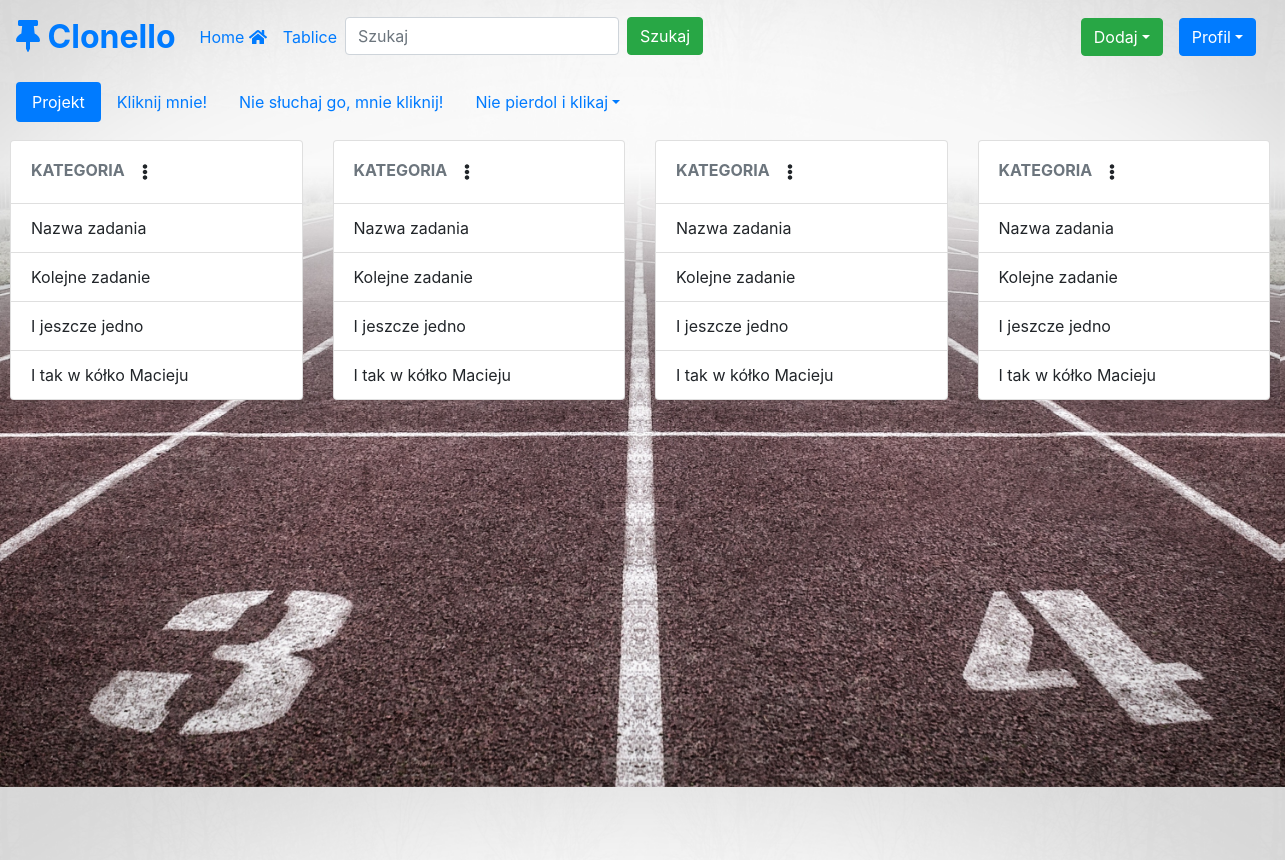
Repository: jnehlt/PAW-lab
Page: / (app in Frontend/clonello/)
These files come from the project's save history. The page is drawn as it stood at one moment and after the next save; the edit follows.
The browser window is 1280 px wide. The page is 1285 px wide, so the pictures cover 1285 px, including what lies to the right of the window. The pictures show the whole page.
The project was rebuilt for these pictures with package versions that can differ from the ones it lists, and the page was loaded fresh each time.

Above is the page before, as saved 2020-04-24 23:23:36.

### Frontend/clonello/src/main.js
import "@babel/polyfill";
import "mutationobserver-shim";
import Vue from "vue";
import "./plugins/bootstrap-vue";
import App from "./App.vue";
import router from "./router";
import "@fortawesome/fontawesome-free/css/all.css";
import "@fortawesome/fontawesome-free/js/all.js";

Vue.config.productionTip = false;

new Vue({
  router,
  render: h => h(App)
}).$mount("#app");

### Frontend/clonello/src/App.vue
<template>
  <div id="app">
    <topheader></topheader>
    <projectheader></projectheader>

    <div class="row">
        <maincard></maincard>
        <maincard></maincard>
        <maincard></maincard>
        <maincard></maincard>
        <maincard></maincard>
        <maincard></maincard>
        <maincard></maincard>
        <maincard></maincard>
    </div>
    <router-view />
  </div>
</template>

<script>
import TopHeader from "@/components/TopHeader.vue";
import ProjectHeader from "@/components/ProjectHeader.vue";
import MainCard from "@/components/MainCard.vue";

export default {
  components: {
    "topheader": TopHeader,
    "projectheader": ProjectHeader,
    "maincard": MainCard
  }
};
</script>

<style lang="scss">

body {
    background-image: url("../src/assets/running-track-sn-3000x2001.jpg");
    background-size: cover;
    background-position: center;
}

.dropdown-header {
    font-size: larger;
    font-weight: bolder;
}

html, body {
    height: 100%;
}

.list-head {
    font-weight: bolder;
    text-transform: uppercase;
}

.row {
  display: flex;
  flex-wrap: nowrap;
  overflow-x: auto;
  margin-left: -5px;
  margin-right: -5px;
  margin-top: 10px;
  height: 100vh;
}

::-webkit-scrollbar {
  height: 4px;              /* height of horizontal scrollbar ← You're missing this */
  width: 4px;               /* width of vertical scrollbar */
  border: 1px solid #d5d5d5;
  margin-left: -5px;
  margin-right: -5px;
}


</style>

### Frontend/clonello/src/components/TopHeader.vue
<template>
  <div>
    <nav class="navbar navbar-expand-lg">
      <a class="navbar-brand" href="#"><i class="fas fa-thumbtack"></i> Clonello</a>
      <button class="navbar-toggler navbar-dark" type="button" data-toggle="collapse" data-target="#navbarNav" aria-controls="navbarNav" aria-expanded="false" aria-label="Toggle navigation">
          <span class="navbar-toggler-icon"></span>
      </button>
      <div class="collapse navbar-collapse" id="navbarNav">
        <ul class="navbar-nav mr-auto">
          <li class="nav-item">
            <a class="nav-link" href="#">Home <i class="fas fa-home"></i></a>
          </li>
          <li class="nav-item">
            <a class="nav-link" href="#">Tablice</a>
          </li>
          <li class="nav-item">
            <form class="form-inline my-2 my-lg-0">
              <input class="form-control mr-sm-2" type="search" placeholder="Szukaj" aria-label="Search">
              <button class="btn btn-success my-2 my-sm-0" type="submit">Szukaj</button>
            </form>
          </li>
        </ul>
        <ul class="navbar-right navbar-nav">
          <li>
            <b-dropdown id="dropdown-right" right text="Dodaj" variant="success" class="m-2">
              <b-dropdown-item href="#">Coś</b-dropdown-item>
              <b-dropdown-item href="#">Coś innego</b-dropdown-item>
              <b-dropdown-item href="#">Dobra, spierdalaj!</b-dropdown-item>
            </b-dropdown>
            <b-dropdown id="dropdown-right" right text="Profil" variant="primary" class="m-2">
              <b-dropdown-item href="#">Ustawienia</b-dropdown-item>
              <b-dropdown-item href="#">Wyloguj</b-dropdown-item>
            </b-dropdown>
          </li>
        </ul>
      </div>
    </nav>
  </div>
  <!-- class="btn btn-success" type="button" data-toggle="collapse" data-target="#collapseAdd" aria-expanded="false" aria-controls="collapseAdd">Dodaj <i class="fas fa-plus"></i>
            </button> -->
</template>

<script>



export default {

};
</script>

<!-- Add "scoped" attribute to limit CSS to this component only -->
<style scoped lang="scss">
.navbar-brand {
    font-weight: bolder;
    font-size: 2em;
}

.navbar {
    background-color: transparent;
}

.navbar-toggler {
    background-color: #4e555b;
}

</style>

### Frontend/clonello/src/components/ProjectHeader.vue
<template>
  <div>
      <div class="navbar navbar-expand-lg">
      <ul class="nav nav-pills nav-fill">
        <li class="nav-item">
          <a class="nav-link active" href="#">Projekt</a>
        </li>
        <li class="nav-item">
          <a class="nav-link" href="#">Kliknij mnie!</a>
        </li>
        <li class="nav-item">
          <a class="nav-link" href="#">Nie słuchaj go, mnie kliknij!</a>
        </li>
        <li class="nav-item dropdown">
          <b-nav-item-dropdown text="Nie pierdol i klikaj" right>
            <b-dropdown-item href="#">Wkurwia</b-dropdown-item>
            <b-dropdown-item href="#">Mnie</b-dropdown-item>
            <b-dropdown-item href="#">Ta</b-dropdown-item>
            <b-dropdown-item href="#">Uczelnia</b-dropdown-item>
          </b-nav-item-dropdown>
        </li>
      </ul>
    </div>
  </div>
</template>

<script>
export default {

}
</script>

<style>
.navbar-brand {
    font-weight: bolder;
    font-size: 2em;
}

.navbar {
    background-color: transparent;
}

.navbar-toggler {
    background-color: #4e555b;
}

</style>

### Frontend/clonello/src/components/MainCard.vue
<template>
        <div class="col-3 col-md-3 col-sm-3">
            <ul class="list-group">
                <li class="list-group-item disabled list-head" aria-disabled="true">Kategoria <button class="btn btn-kropki"><i class="fas fa-ellipsis-v"></i></button></li>
                <li class="list-group-item">Nazwa zadania</li>
                <li class="list-group-item">Kolejne zadanie</li>
                <li class="list-group-item">I jeszcze jedno</li>
                <li class="list-group-item">I tak w kółko Macieju</li>
            </ul>
        </div>

</template>

<script>
export default {

}
</script>

<style>

</style>

### Frontend/clonello/src/views/Home.vue
<template>
  <div class="home"></div>
</template>

<script>
// @ is an alias to /src
export default {
  name: "Home",
  components: {}
};
</script>

Loaded but not shown: Frontend/clonello/public/index.html (common file); Frontend/clonello/src/plugins/bootstrap-vue.js (common file); Frontend/clonello/src/router/index.js (common file)

After the next save:
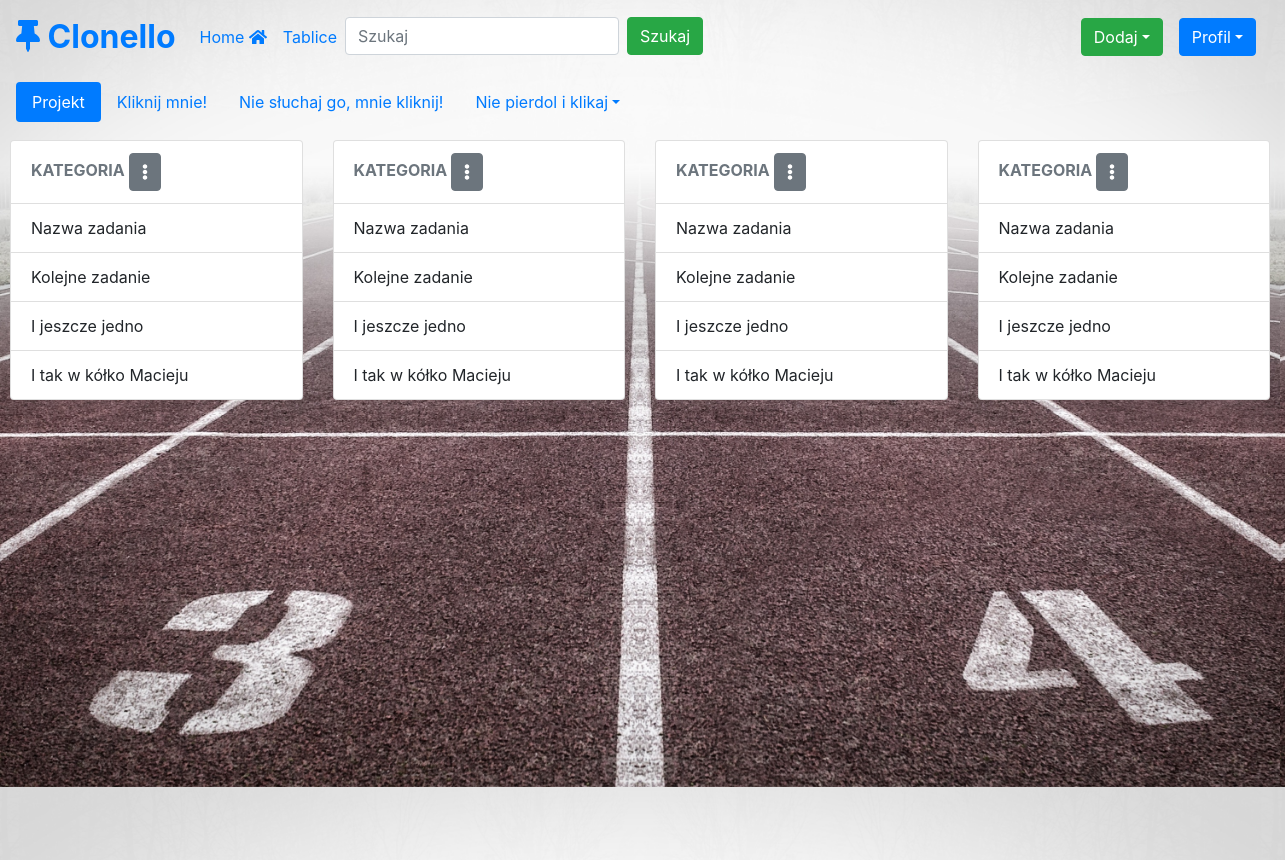
Saved 39 s later.
--- a/Frontend/clonello/src/components/MainCard.vue
+++ b/Frontend/clonello/src/components/MainCard.vue
@@ -1,7 +1,7 @@
 <template>
         <div class="col-3 col-md-3 col-sm-3">
             <ul class="list-group">
-                <li class="list-group-item disabled list-head" aria-disabled="true">Kategoria <button class="btn btn-kropki"><i class="fas fa-ellipsis-v"></i></button></li>
+                <li class="list-group-item disabled list-head" aria-disabled="true">Kategoria <b-button class="btn btn-kropki"><i class="fas fa-ellipsis-v"></i></b-button></li>
                 <li class="list-group-item">Nazwa zadania</li>
                 <li class="list-group-item">Kolejne zadanie</li>
                 <li class="list-group-item">I jeszcze jedno</li>
